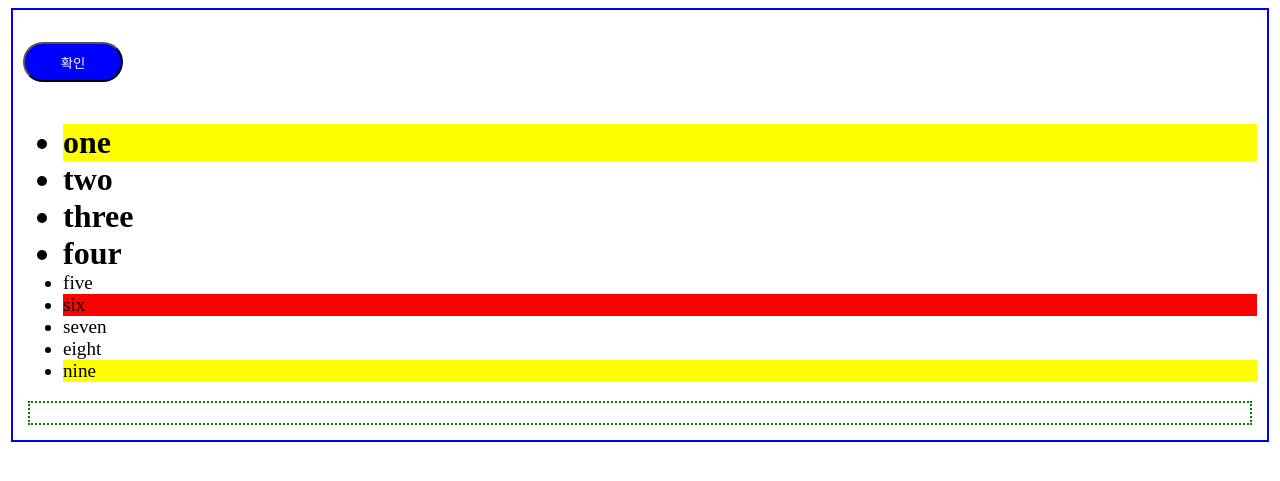
Repository: patternlobe-stack/MY_repository
Page: webpro/src/main/webapp/0915/기본필터.html
An editor plug-in stored every save of this project. The page is shown before and after the next save, followed by the edit.
The browser window is 1280 px wide. The pictures show the whole page.
After loading, the first visible `#btn1` was clicked once.

Above is the page before, as saved 2025-09-15 07:03:07.
Console error: TypeError: $(...).lt is not a function

### webpro/src/main/webapp/0915/기본필터.html
<!DOCTYPE html>
<html>
<head>
<meta charset="UTF-8">
<title>Insert title here</title>
<link rel="stylesheet"  href="../css/public.css">
<script src="../js/jquery-3.7.1.js"></script>


<script>
$( () =>{
	$('#btn1').on('click',()=>{

		$('li:first, li:last').css('background','yellow');
	//	$('li').first().css('background','yellow');
	//	$('li').last().css('background','yellow');

	  //$('li:eq(5)').css('background','red');
		$('li').eq(5).css('background','red');

		$('li:lt(4)').css({'font-size':'2.0rem','font-weight':'bold'});
		$('li').lt(4).css({'font-size':'2.0rem','font-weight':'bold'});

	})
})
</script>

</head>
<body>


<div class="box">
      <h3>
      </h3>
      <input type="button" value="확인" id="btn1"/>
      <br /><br />
      <body>
		  <ul>
		<li>one</li>
		<li>two</li>
		<li>three</li>
		<li>four</li>
		<li>five</li>
		<li>six</li>
		<li>seven</li>
		<li>eight</li>
		<li>nine</li>
		  </ul>


      <div id="result1"></div>
</div>
</body>
</html>

### webpro/src/main/webapp/css/public.css
@charset "UTF-8";

pre {
  border: 5px inset red;
  margin: 20px;
  padding: 10px;
  font-size: 1.3rem;
}
div {
  border: 2px dotted green;
  padding: 10px;
  margin: 5px;
  font-size: 1.2rem;
}

.box {
  border: 2px solid blue;
  margin: 3px;
  padding: 10px;
}
.box input[type="button"],
.box input[type="submit"] {
  background: blue;
  color: white;
  width: 100px;
  height: 40px;
  border-radius: 50px;
}

Loaded but not shown: webpro/src/main/webapp/js/jquery-3.7.1.js (library)

After the next save:
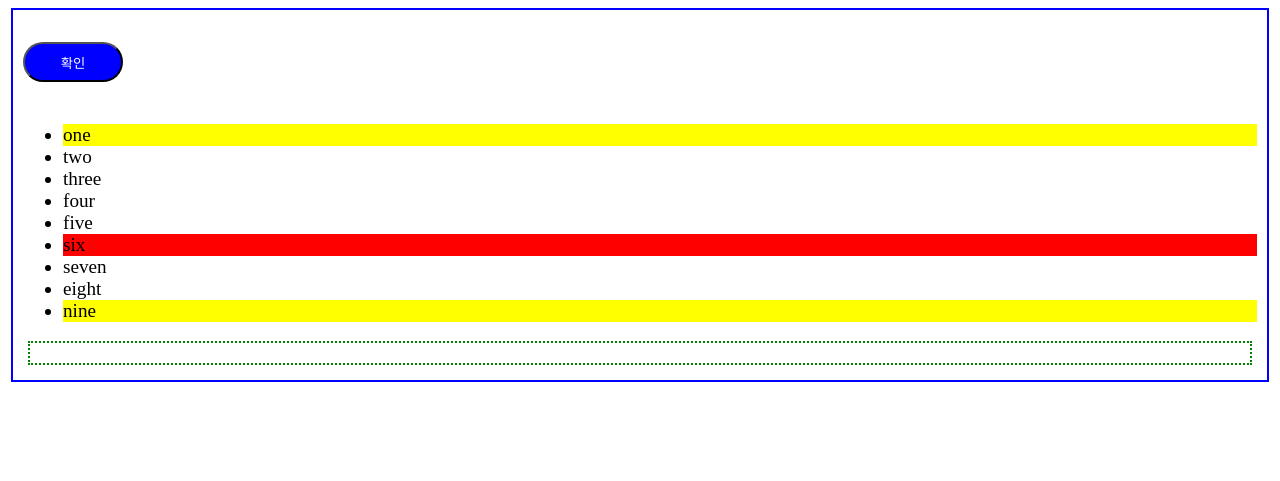
Saved 5 s later.
--- a/webpro/src/main/webapp/0915/기본필터.html
+++ b/webpro/src/main/webapp/0915/기본필터.html
@@ -18,7 +18,7 @@
 	  //$('li:eq(5)').css('background','red');
 		$('li').eq(5).css('background','red');
 
-		$('li:lt(4)').css({'font-size':'2.0rem','font-weight':'bold'});
+	//	$('li:lt(4)').css({'font-size':'2.0rem','font-weight':'bold'});
 		$('li').lt(4).css({'font-size':'2.0rem','font-weight':'bold'});
 
 	})

After the 2 saves that followed:
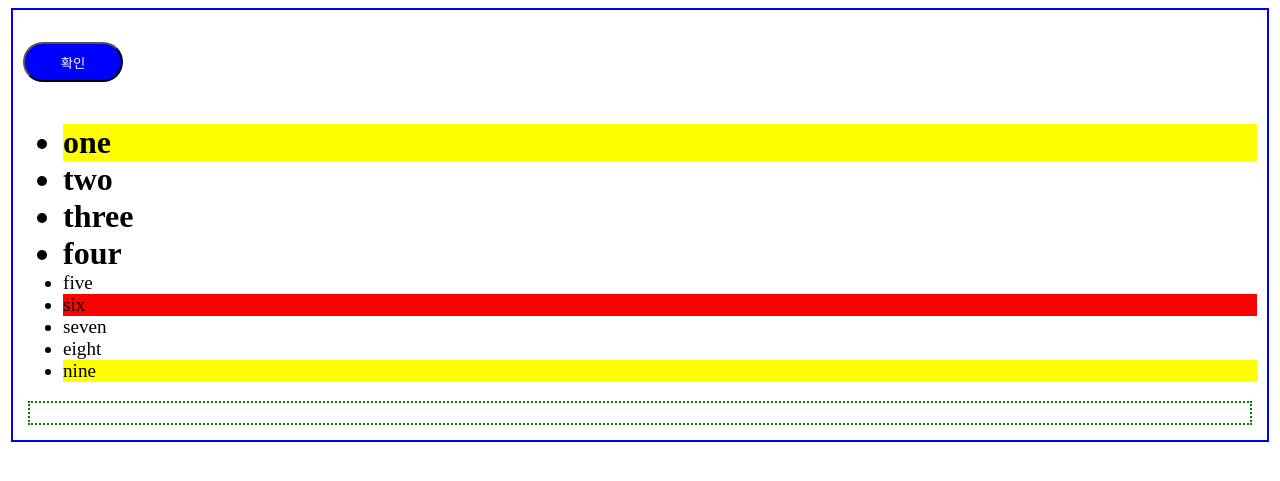
The error is gone.
The 2 saves are shown as one change because 1 left the picture as it was.
The last was saved 63 s later.
--- a/webpro/src/main/webapp/0915/기본필터.html
+++ b/webpro/src/main/webapp/0915/기본필터.html
@@ -19,7 +19,8 @@
 		$('li').eq(5).css('background','red');
 
 	//	$('li:lt(4)').css({'font-size':'2.0rem','font-weight':'bold'});
-		$('li').lt(4).css({'font-size':'2.0rem','font-weight':'bold'});
+	//	$('li').lt(4).css({'font-size':'2.0rem','font-weight':'bold'});
+	$('li').filter(':lt(4)').css({'font-size':'2.0rem','font-weight':'bold'});
 
 	})
 })
